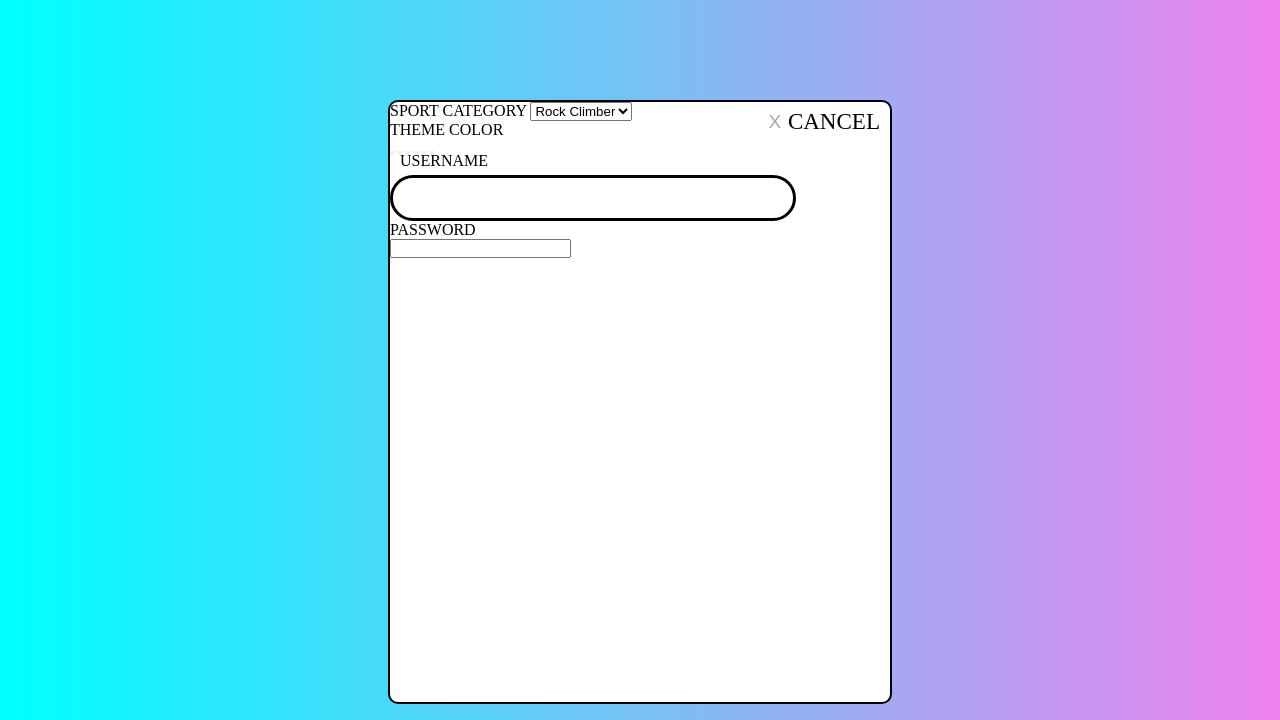
Repository: zRush1202/LoginPage-demo
Page: dom/exercise/login.html
The author's editor kept a copy of each file at every save. The page is drawn from the files as they stood at one save, then again after the next save.
The browser window is 1280 px wide. The pictures show the whole page.

Above is the page before, as saved 2023-09-17 09:28:09.

After the next save:
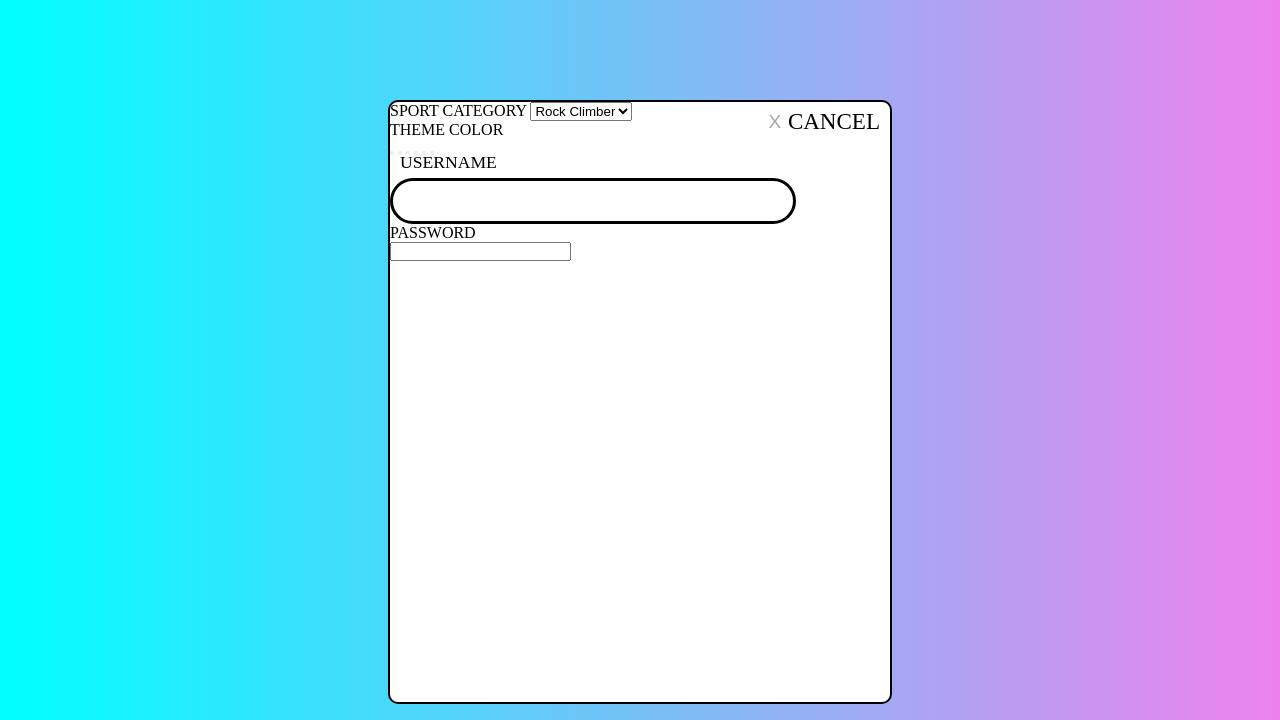
Saved 4 s later.
--- a/dom/exercise/login.css
+++ b/dom/exercise/login.css
@@ -57,7 +57,7 @@ body {
 .us {
     position: relative;
     left: 10px;
-    font-size: 100%;
+    font-size: 110%;
 }
 
 .tk {
